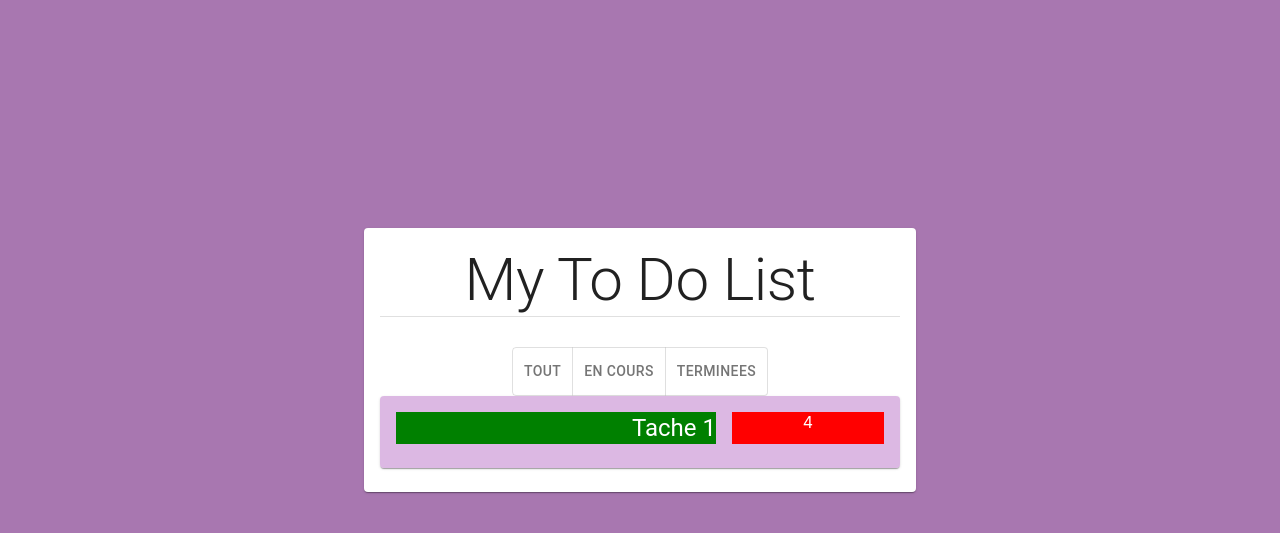
Repository: Fathiyasmine/Todo-list-project
Page: /
These files come from the project's save history. The page is drawn as it stood at one moment and after the next save; the edit follows.
The browser window is 1280 px wide. The pictures show the whole page.
The project was rebuilt for these pictures with package versions that can differ from the ones it lists, and the page was loaded fresh each time.

Above is the page before, as saved 2025-12-07 17:18:54.

After the next save:
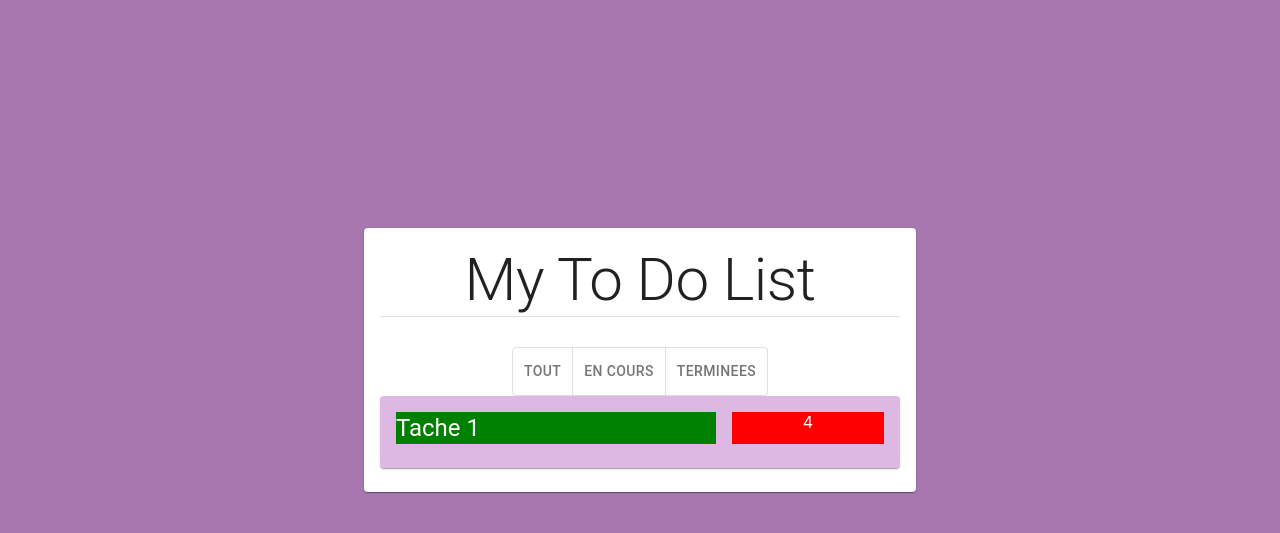
Saved 55 s later.
--- a/src/components/Todo.js
+++ b/src/components/Todo.js
@@ -10,7 +10,7 @@ export default function Todo() {
         <CardContent>
           <Grid container spacing={2}>
             <Grid size={8} style={{ background: "green" }}>
-              <Typography variant="h5" sx={{ textAlign: "right" }}>
+              <Typography variant="h5" sx={{ textAlign: "left" }}>
                 Tache 1
               </Typography>
             </Grid>
